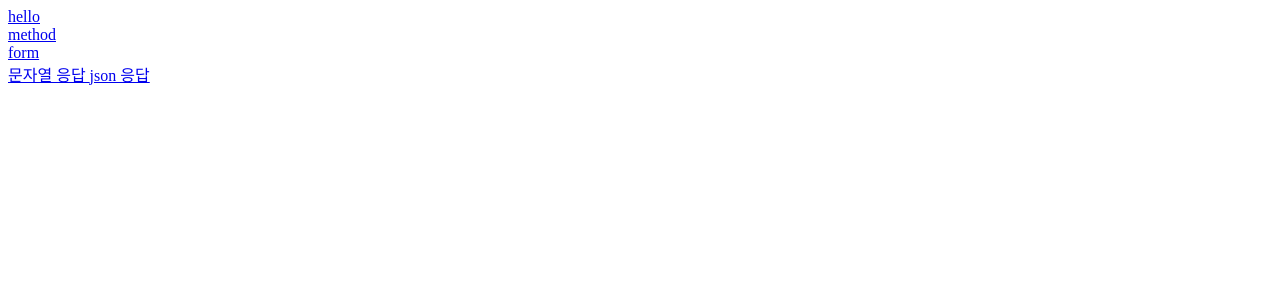
Repository: HyeonJong1101/spring
Page: http://localhost/spring-mvc/
These files come from the project's save history. The page is drawn as it stood at one moment and after the next save; the edit follows.
The browser window is 1280 px wide. The pictures show the whole page.
The page is served by Tomcat 9.

Above is the page before, as saved 2023-07-20 08:47:03.

After the next save:
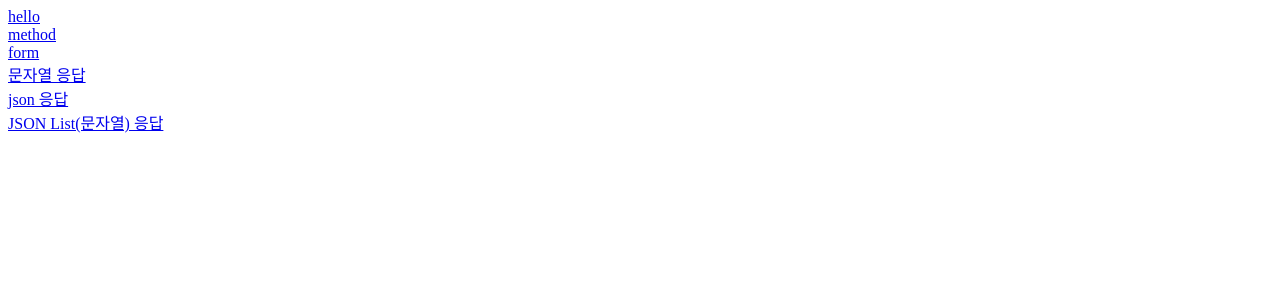
Saved 57 s later.
--- a/spring-mvc/src/main/webapp/index.jsp
+++ b/spring-mvc/src/main/webapp/index.jsp
@@ -22,8 +22,13 @@
 	<a href="<%=request.getContextPath() %>/ajax/resBody.do">
  		문자열 응답
  	</a>
+ 	<br>
  	<a href="<%=request.getContextPath() %>/ajax/resVOBody.json">
  		json 응답
  	</a>
+ 	<br>
+ 	<a href="<%=request.getContextPath() %>/ajax/resStringListBody.json">
+ 		JSON List(문자열) 응답
+ </a><br />
 </body>
 </html>
